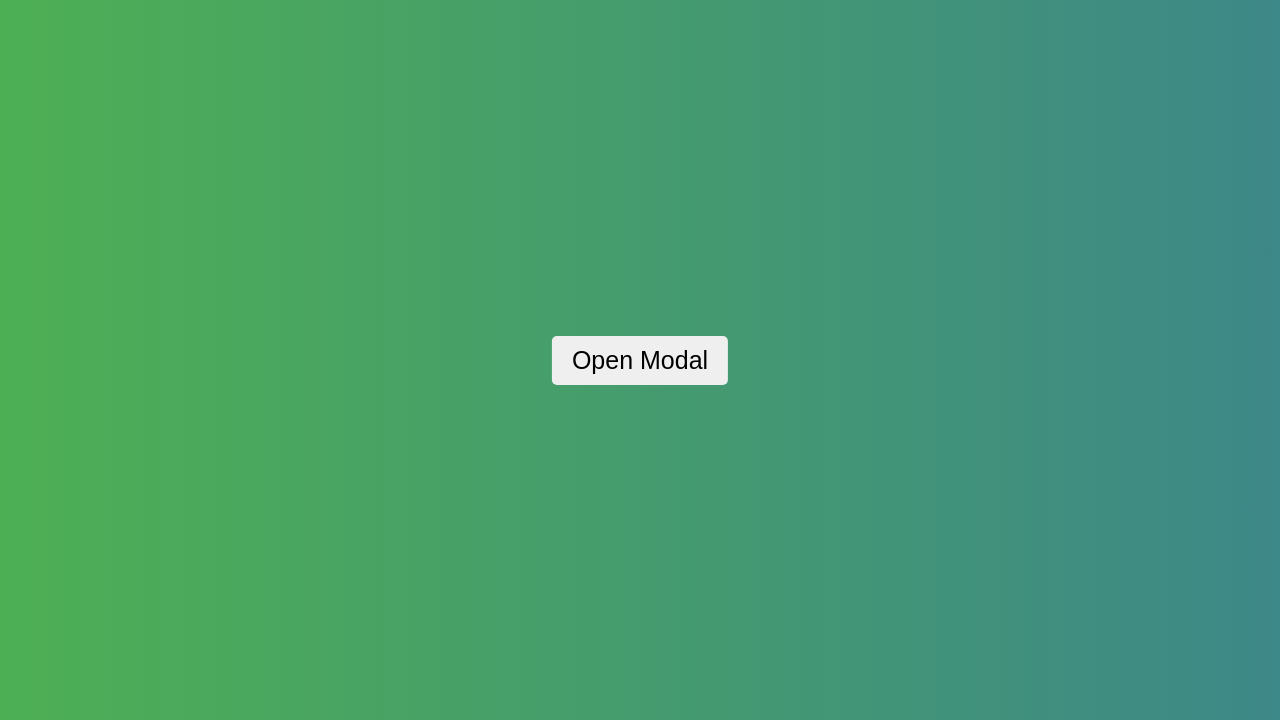
Repository: congnt98/Lean-javascript-in-project
Page: 30Days/3_Modal/index.html
These files come from the project's save history. The page is drawn as it stood at one moment and after a run of saves; the edit follows.
The browser window is 1280 px wide. The pictures show the whole page.

Above is the page before, as saved 2024-02-16 16:27:20.

### 30Days/3_Modal/index.html
<!DOCTYPE html>
<html lang="en">

<head>
    <meta charset="UTF-8">
    <meta name="viewport" content="width=device-width, initial-scale=1.0">
    <title>Product Card</title>
    <link rel="stylesheet" href="./style.css">
    <link href='https://unpkg.com/boxicons@2.1.4/css/boxicons.min.css' rel='stylesheet'>
    <link
        href="https://fonts.googleapis.com/css2?family=Poppins:ital,wght@0,100;0,200;0,300;0,400;0,500;0,600;0,700;0,800;0,900;1,100;1,200;1,300;1,400;1,500;1,600;1,700;1,800;1,900&display=swap"
        rel="stylesheet">
    <link rel="stylesheet" href="https://cdnjs.cloudflare.com/ajax/libs/font-awesome/6.5.1/css/all.min.css">
</head>

<body>
    <div class="warapper">
        <button class="btn-modal-open">
            Open Modal
        </button>
    </div>
    <script src="./app.js"></script>
</body>

</html>

### 30Days/3_Modal/style.css
:root {
    --primary-color: #f2726a;
}

* {
    margin: 0;
    padding: 0;
    box-sizing: border-box;
}

body {
    min-height: 100vh;
    background: linear-gradient(to right, #4daf54, #3d8888);
    display: flex;
    justify-content: center;
    align-items: center;
    font-family: "poppins";
}

.warapper {
    max-width: 1200px;
    margin: 0 auto;
    width: 100%;
}

.btn-modal-open {
    display: inline-block;
    position: relative;
    left: 50%;
    transform: translateX(-50%);
    padding: 10px 20px;
    border-radius: 5px;
    outline: none;
    border: none;
    font-size: 25px;
    fo
}

Loaded but not shown: 30Days/3_Modal/app.js (no copy from this time; the picture is the same without it)

After the next 2 saves:
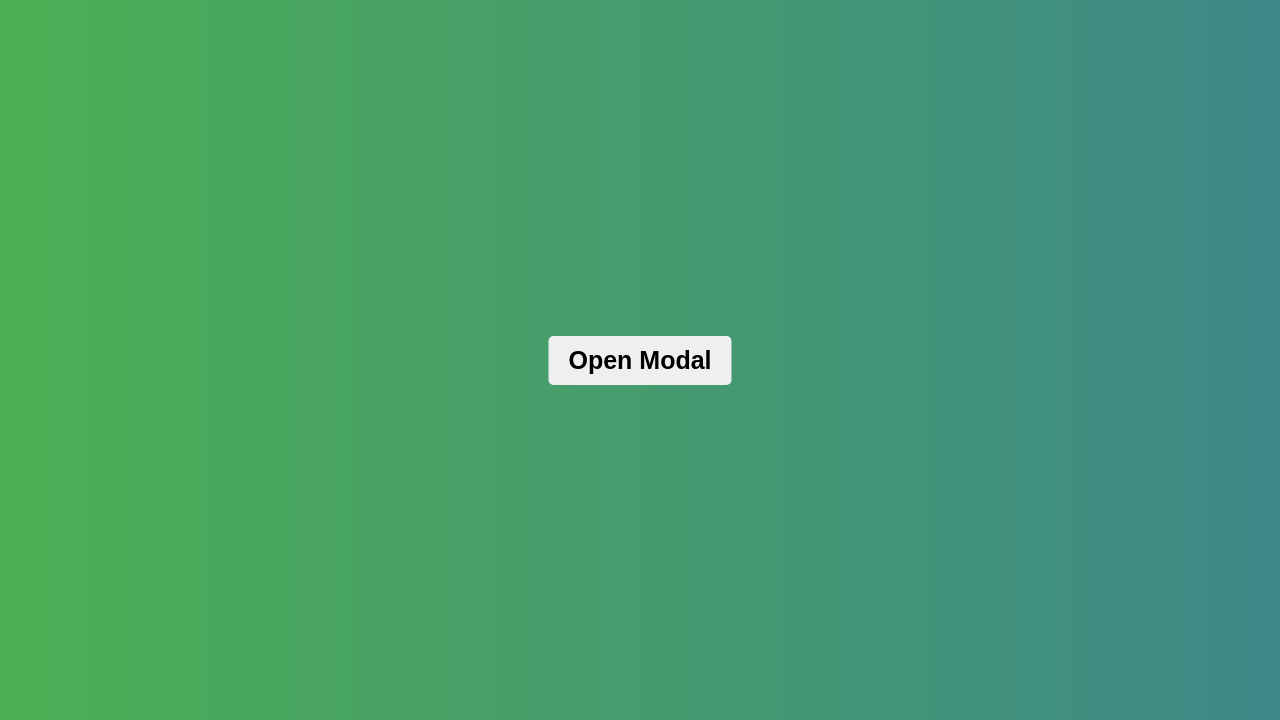
The 2 saves are shown as one change because they came seconds apart.
The last was saved 6 s later.
--- a/30Days/3_Modal/style.css
+++ b/30Days/3_Modal/style.css
@@ -33,5 +33,5 @@ body {
     outline: none;
     border: none;
     font-size: 25px;
-    fo
+    font-weight: 700;
 }
